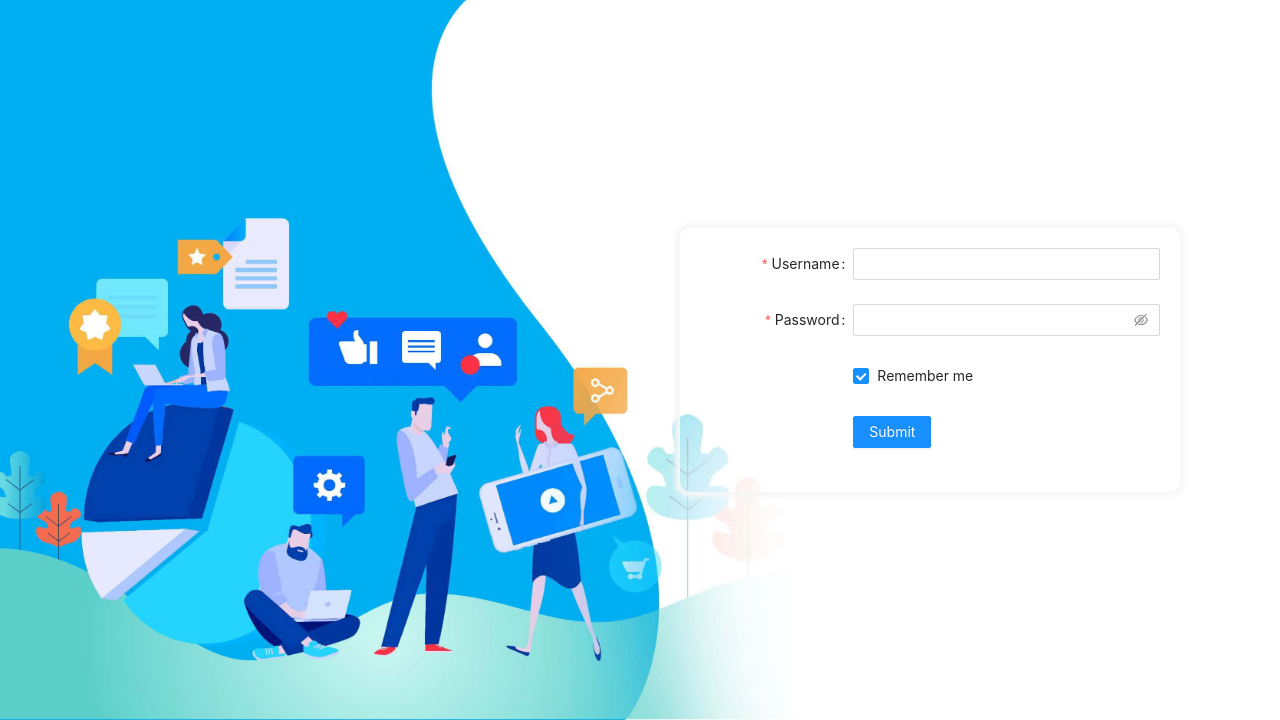
Repository: DallenCat/react-test
Page: /login
An editor plug-in stored every save of this project. The page is shown before and after the next save, followed by the edit.
The browser window is 1280 px wide. The pictures show the whole page.
The project was rebuilt for these pictures with package versions that can differ from the ones it lists, and the page was loaded fresh each time. Also part of the build but not shown: src/containers/dashboard/index.js, src/containers/personal/index.js, src/components/layout/index.css, src/components/layout/sider/menu.js, src/components/layout/sider/logo.js, src/components/layout/sider/index.js, src/components/layout/index.js.

Above is the page before, as saved 2021-10-29 17:30:18.

### src/index.js
/*
 * @Descripttion:
 * @version:
 * @Author: dal
 * @Date: 2021-10-26 17:14:54
 * @LastEditors: dal
 * @LastEditTime: 2021-10-28 17:36:55
 */
import React from 'react';
import ReactDOM from 'react-dom';
import './index.css';
import App from './App';
import reportWebVitals from './reportWebVitals';
import { Provider } from "react-redux"
import store from "./store"

ReactDOM.render(
  <Provider store={store}>
    <App />
  </Provider>,
  document.getElementById('root')
);

// If you want to start measuring performance in your app, pass a function
// to log results (for example: reportWebVitals(console.log))
// or send to an analytics endpoint. Learn more: https://bit.ly/CRA-vitals
reportWebVitals();

### src/App.js
/*
 * @Descripttion:
 * @version:
 * @Author: dal
 * @Date: 2021-10-26 17:14:54
 * @LastEditors: dal
 * @LastEditTime: 2021-10-29 16:36:06
 */

import './App.css';
import Routes from './routes';
import { BrowserRouter as Router, Switch, Route } from 'react-router-dom';
import SiderDemo from "@/components/layout/index.js"
import { Component } from 'react';
class App extends Component {
  render() {
    let staticPage = ['/login'] //不需要左侧导航的页面
    let LayoutRouter = (props) => {
      if (staticPage.includes(props.location.pathname)) {
        return (
          <Routes />
        )
      } else {
        return (
          <SiderDemo>
            <Routes />
          </SiderDemo>
        )
      }
    }
    return (
      <Router>
        <Switch>
          <Route path="/" component={LayoutRouter} />
        </Switch>
      </Router>
    )
  }

}
// render(<Router routes={routes} />, document.body)
export default App;

### src/store/index.js
/*
 * @Descripttion:
 * @version:
 * @Author: dal
 * @Date: 2021-10-28 17:32:00
 * @LastEditors: dal
 * @LastEditTime: 2021-10-29 15:12:22
 */
import { configureStore } from '@reduxjs/toolkit'

import counterReducer from '@/reducers/counterReducer'
import menuReducer from '@/reducers/menuReducer'

export default configureStore({
  reducer: {
    counter: counterReducer,
    menu: menuReducer
  }
})

### src/App.css
@import '~antd/dist/antd.css';

.App {
  text-align: center;
}

.App-logo {
  height: 40vmin;
  pointer-events: none;
}

@media (prefers-reduced-motion: no-preference) {
  .App-logo {
    animation: App-logo-spin infinite 20s linear;
  }
}

.App-header {
  background-color: #282c34;
  min-height: 100vh;
  display: flex;
  flex-direction: column;
  align-items: center;
  justify-content: center;
  font-size: calc(10px + 2vmin);
  color: white;
}

.App-link {
  color: #61dafb;
}

@keyframes App-logo-spin {
  from {
    transform: rotate(0deg);
  }

  to {
    transform: rotate(360deg);
  }
}

### src/routes/index.js
/*
 * @Descripttion:
 * @version:
 * @Author: dal
 * @Date: 2021-10-26 17:34:53
 * @LastEditors: dal
 * @LastEditTime: 2021-10-29 16:08:19
 */
import Login from "@/containers/login"
import Dashboard from "@/containers/dashboard"
import Personal from "@/containers/personal"
import { Route, Switch, withRouter } from 'react-router-dom';

const routes = () => {
  return (
    <Switch>
      <Route exact path={"/login"} component={Login} />
      <Route exact path={"/dashboard"} component={Dashboard} />
      <Route exact path={"/personal"} component={Personal} />

    </Switch>
  )
}
export default withRouter(routes)

### src/reducers/counterReducer.js
/*
 * @Descripttion:
 * @version:
 * @Author: dal
 * @Date: 2021-10-28 17:35:16
 * @LastEditors: dal
 * @LastEditTime: 2021-10-29 14:37:24
 */
import { createSlice } from '@reduxjs/toolkit'

export const counterSlice = createSlice({
  name: 'counter',
  initialState: {
    value: 0
  },
  reducers: {
    increment: state => {
      // Redux Toolkit allows us to write "mutating" logic in reducers. It
      // doesn't actually mutate the state because it uses the immer library,
      // which detects changes to a "draft state" and produces a brand new
      // immutable state based off those changes
      state.value += 1
    },
    decrement: state => {
      state.value -= 1
    },
    incrementByAmount: (state, action) => {
      state.value += action.payload
    }
  }
})

export const { increment, decrement, incrementByAmount } = counterSlice.actions
export const selectCount = state => state.counter.value
export default counterSlice.reducer

### src/reducers/menuReducer.js
/*
 * @Descripttion:
 * @version:
 * @Author: dal
 * @Date: 2021-10-29 14:58:26
 * @LastEditors: dal
 * @LastEditTime: 2021-10-29 15:12:01
 */
import { createSlice } from "@reduxjs/toolkit"

export const menuSlice = createSlice({
  name: "menu",
  initialState: {
    value: []
  },
  reducers: {
    setMenu: (state, action) => {
      state.value = action.payload
    }
  }
})
export const { setMenu } = menuSlice.actions
export const getMenu = state => state.menu.value
export default menuSlice.reducer

### src/containers/login/index.js
/*
 * @Descripttion:
 * @version:
 * @Author: dal
 * @Date: 2021-10-29 15:24:14
 * @LastEditors: dal
 * @LastEditTime: 2021-10-29 17:26:49
 */
import { Component } from "react";
import { Form, Input, Button, Checkbox } from 'antd';
import bgImg from "@/assets/images/login-background.jpg"
import "./login.scss"

export function LoginForm(props) {

  const onFinish = (values) => {
    console.log('Success:', values);
  };

  const onFinishFailed = (errorInfo) => {
    console.log('Failed:', errorInfo);
  };
  return (
    <Form
      name="basic"
      labelCol={{ span: 8, }}
      wrapperCol={{ span: 16, }}
      initialValues={{ remember: true, }}
      onFinish={onFinish}
      onFinishFailed={onFinishFailed}
      autoComplete="off"
    >
      <Form.Item
        label="Username"
        name="username"
        rules={[
          {
            required: true,
            message: '请输入用户名',
          },
        ]}
      >
        <Input />
      </Form.Item>

      <Form.Item
        label="Password"
        name="password"
        rules={[
          {
            required: true,
            message: '请输入密码',
          },
        ]}
      >
        <Input.Password />
      </Form.Item>

      <Form.Item
        name="remember"
        valuePropName="checked"
        wrapperCol={{
          offset: 8,
          span: 16,
        }}
      >
        <Checkbox>Remember me</Checkbox>
      </Form.Item>

      <Form.Item
        wrapperCol={{
          offset: 8,
          span: 16,
        }}
      >
        <Button type="primary" htmlType="submit">
          Submit
        </Button>
      </Form.Item>
    </Form>
  );

}
//这边只有子组件内部的数据流向
//子组件与父组件怎么通信？
class LOGIN extends Component {
  render(h) {
    return (
      <div>
        <div className="bg">
          <div className="form">
            <LoginForm></LoginForm>
          </div>
        </div>
      </div>
    )
  }
}
export default LOGIN

### src/containers/login/login.scss
.bg {
  width: 100%;
  height: 100vh;
  background-image: url('~@/assets/images/login-background.jpg');
  background-size: 100% 100%;
  background-repeat: no-repeat;
  display: flex;
  align-items: center;
  justify-content: flex-end;
}

.form {
  width: 500px;
  margin-right: 100px;
  box-shadow: 0px 0px 5px 5px #f7f7f7;
  padding: 20px;
  border-radius: 10px;
}

Loaded but not shown: public/index.html (common file); src/index.css (common file); src/reportWebVitals.js (common file)

After the next save:
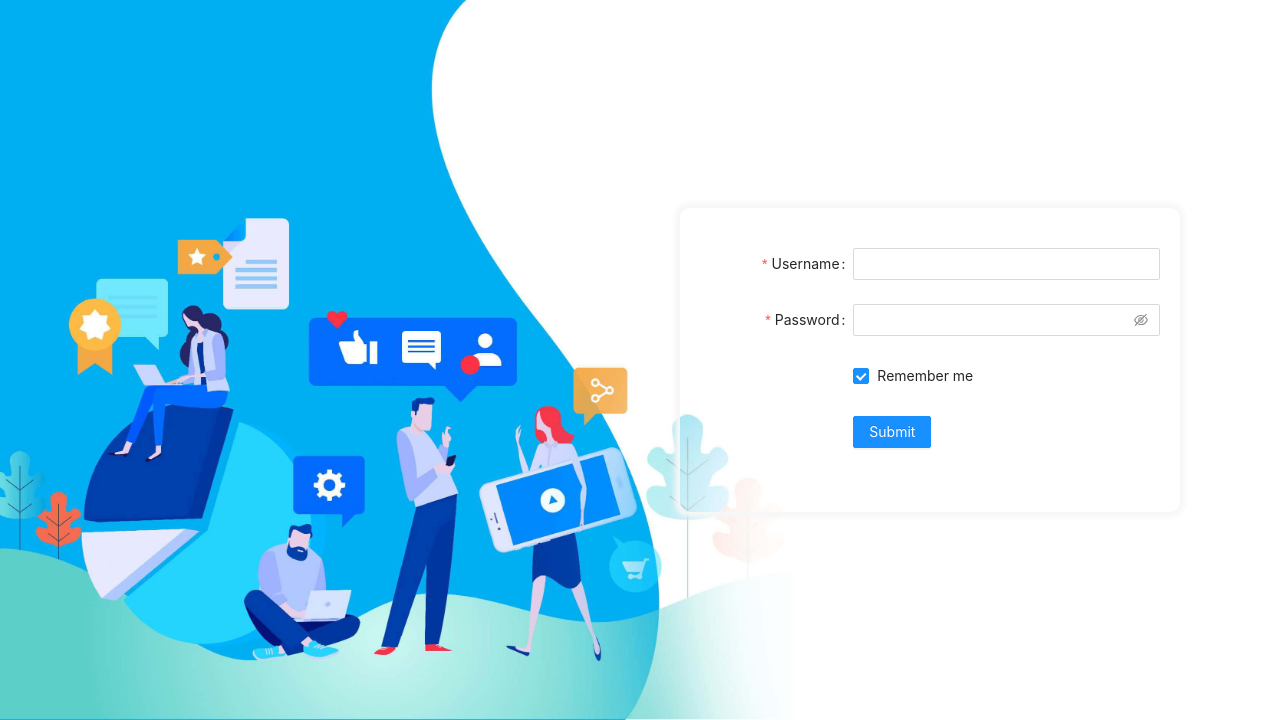
Saved 7 s later.
--- a/src/containers/login/login.scss
+++ b/src/containers/login/login.scss
@@ -13,6 +13,6 @@
   width: 500px;
   margin-right: 100px;
   box-shadow: 0px 0px 5px 5px #f7f7f7;
-  padding: 20px;
+  padding: 40px 20px;
   border-radius: 10px;
 }
